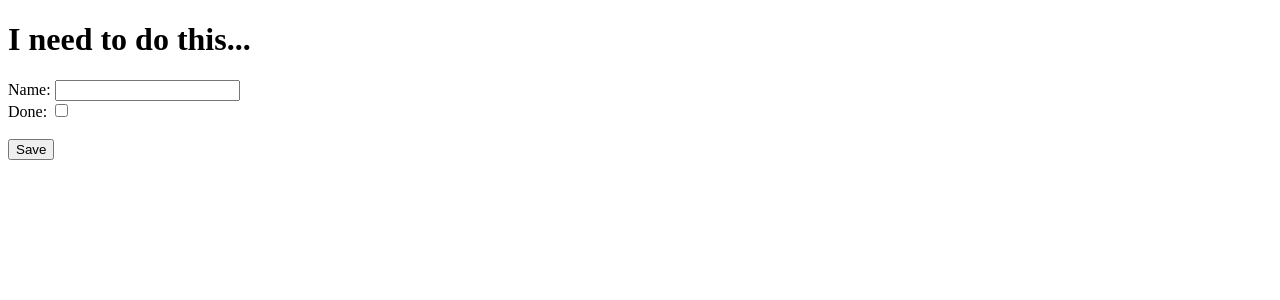
Repository: Shilldon/simple-django-todo
Page: http://localhost/add
The author's editor kept a record of every edit. The page is drawn from the files as they stood at one moment, then again after the next edit.
The browser window is 1280 px wide. The pictures show the whole page.
The page is served by the project's application, run on Django 2.2 (manage.py). Other server files are loaded and not shown.

Above is the page before.

### todo/views.py
from django.shortcuts import render, HttpResponse, redirect, get_object_or_404
from .models import Item
from .forms import ItemForm
# Create your views here.
# def say_hello(request):
#     return HttpResponse("Hello World")


def get_todo_list(request):
    results = Item.objects.all()
    return render(request,"todo_list.html",{'items':results})

def create_an_item(request):
    if request.method=="POST":
        # a post request - user is submitting the form
        form = ItemForm(request.POST,request.FILES)
        # creates a new form from ItemForm and is populated with the requests
        if form.is_valid():
            form.save()
        return redirect(get_todo_list)
        # just need to call save we do not need to define items because it knows from the original form class what fields there are

        # new_item = Item()
        # new_item.name = request.POST.get('name')
        # new_item.done = 'done' in request.POST
        # new_item.save()
    else:
        # user hasn't submitted for the page has just been rendered so return an empty form
        form = ItemForm()

    return render(request,"item_form.html", {'form':form})


def edit_an_item(request, id):
    item = get_object_or_404(Item, pk=id)
    # pk means primary key
    if request.method == "POST":
        form = ItemForm(request.POST, instance=item)
        if form.is_valid():
            form.save()
            return redirect(get_todo_list)
    else:
        form = ItemForm(instance=item)

    return render(request,"item_form.html", {'form':form})

def toggle_status(request,id):
    item = get_object_or_404(Item, pk=id)
    item.done=not item.done
    item.save()
    return redirect(get_todo_list)

### todo/templates/item_form.html
<!DOCTYPE html>
<html lang="en">
<head>
    <meta charset="UTF-8">
    <meta name="viewport" content="width=device-width, initial-scale=1.0">
    <meta http-equiv="X-UA-Compatible" content="ie=edge">
    <title>Document</title>
</head>
<body>
    <h1>I need to do this...</h1>
    <form method="POST">
        <label for="id_name">Name:</label>
        <input type="text" id="id_name" name="name"/><br>
        <label for="id_done">Done:</label>
        <input type="checkbox" id="id_done" name="done"/><br>
        <br>
        <button type="submit">Save</button>
    </form>
</body>
</html>

### todo/forms.py
from django import forms
from .models import Item

class ItemForm(forms.ModelForm):
    class Meta:
        model = Item
        fields = ('name','done')

### todo/models.py
from django.db import models

# Create your models here.
class Item(models.Model):
    name = models.CharField(max_length=30,blank=False)
    done = models.BooleanField(blank=False, default=False)

    def __str__(self):
        return self.name

### django_todo/urls.py
"""django_todo URL Configuration

The `urlpatterns` list routes URLs to views. For more information please see:
    https://docs.djangoproject.com/en/1.11/topics/http/urls/
Examples:
Function views
    1. Add an import:  from my_app import views
    2. Add a URL to urlpatterns:  url(r'^$', views.home, name='home')
Class-based views
    1. Add an import:  from other_app.views import Home
    2. Add a URL to urlpatterns:  url(r'^$', Home.as_view(), name='home')
Including another URLconf
    1. Import the include() function: from django.conf.urls import url, include
    2. Add a URL to urlpatterns:  url(r'^blog/', include('blog.urls'))
"""
from django.conf.urls import url
from django.contrib import admin
# from todo.views import say_hello
from todo.views import get_todo_list, create_an_item, edit_an_item, toggle_status

urlpatterns = [
    url(r'^admin/', admin.site.urls),
    url(r'^$',get_todo_list),
    url(r'^add$',create_an_item),
    url(r'^edit/(?P<id>\d+)$',edit_an_item),
    url(r'^toggle/(?P<id>\d+)$',toggle_status)

    # ?P this is an expression coming up
    # <id> is the reference of the value passed into the expression
    #\ passing in regular rexpression - d+ is digit (d is a signle digit)

]

After the next edit:
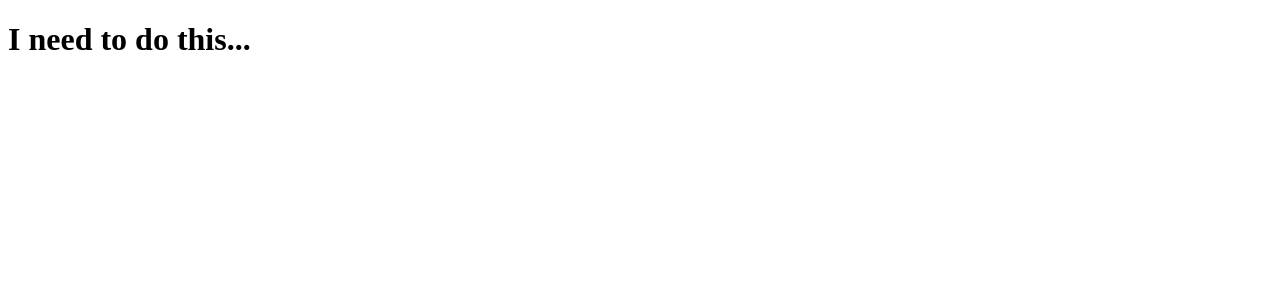
The edit:
--- a/todo/templates/item_form.html
+++ b/todo/templates/item_form.html
@@ -9,6 +9,9 @@
 <body>
     <h1>I need to do this...</h1>
     <form method="POST">
+        {% csrf_token %}
+
+        <!--
         <label for="id_name">Name:</label>
         <input type="text" id="id_name" name="name"/><br>
         <label for="id_done">Done:</label>
